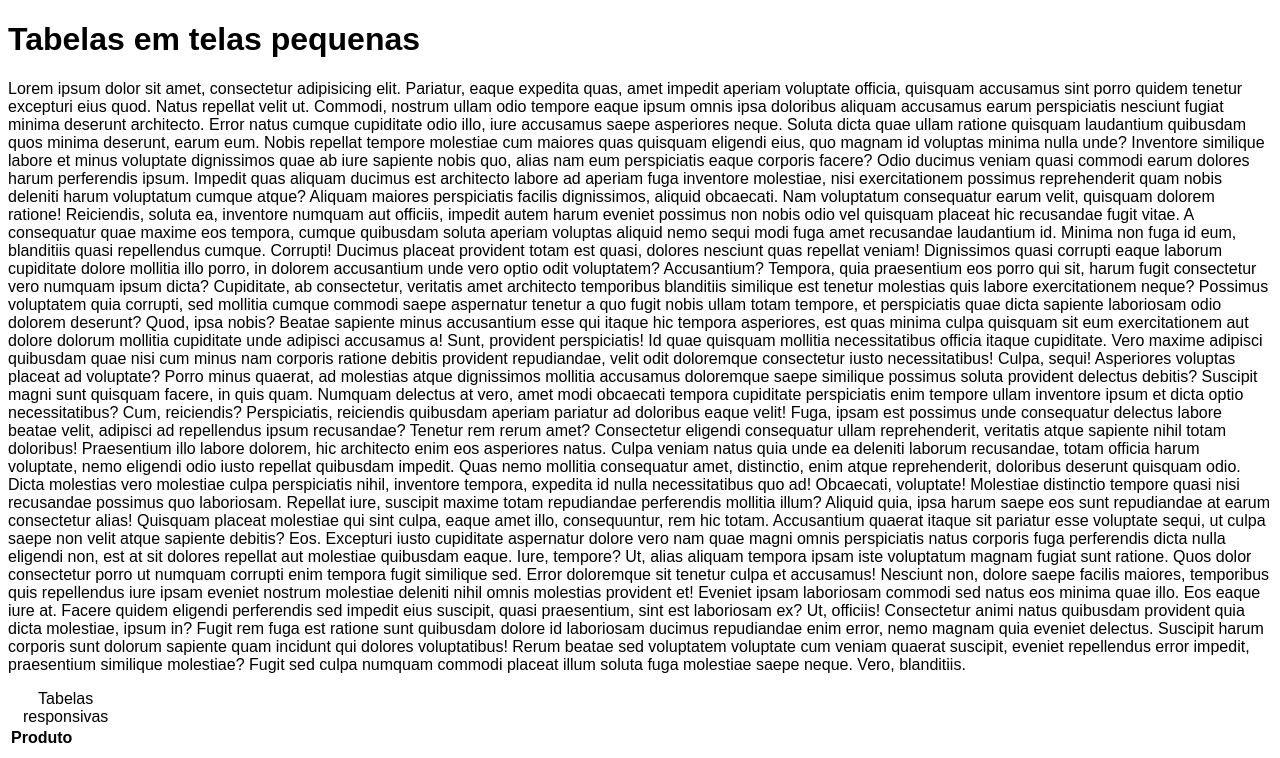
Repository: railsondev/html-css
Page: Módulo3/Exercicios/Ex02 - Tabelas/tabela005.html
An editor plug-in stored every save of this project. The page is shown before and after the next save, followed by the edit.
The browser window is 1280 px wide. The pictures show the whole page.

Above is the page before, as saved 2024-10-22 15:05:18.

### Módulo3/Exercicios/Ex02 - Tabelas/tabela005.html
<!DOCTYPE html>
<html lang="pt-br">
<head>
  <meta charset="UTF-8">
  <meta name="viewport" content="width=device-width, initial-scale=1.0">
  <title>Tabelas responsivas</title>
  <link rel="stylesheet" href="src/css/estilo05.css">
</head>
<body>
  <h1>Tabelas em telas pequenas</h1>
  <p>Lorem ipsum dolor sit amet, consectetur adipisicing elit. Pariatur, eaque expedita quas, amet impedit aperiam voluptate officia, quisquam accusamus sint porro quidem tenetur excepturi eius quod. Natus repellat velit ut.
  Commodi, nostrum ullam odio tempore eaque ipsum omnis ipsa doloribus aliquam accusamus earum perspiciatis nesciunt fugiat minima deserunt architecto. Error natus cumque cupiditate odio illo, iure accusamus saepe asperiores neque.
  Soluta dicta quae ullam ratione quisquam laudantium quibusdam quos minima deserunt, earum eum. Nobis repellat tempore molestiae cum maiores quas quisquam eligendi eius, quo magnam id voluptas minima nulla unde?
  Inventore similique labore et minus voluptate dignissimos quae ab iure sapiente nobis quo, alias nam eum perspiciatis eaque corporis facere? Odio ducimus veniam quasi commodi earum dolores harum perferendis ipsum.
  Impedit quas aliquam ducimus est architecto labore ad aperiam fuga inventore molestiae, nisi exercitationem possimus reprehenderit quam nobis deleniti harum voluptatum cumque atque? Aliquam maiores perspiciatis facilis dignissimos, aliquid obcaecati.
  Nam voluptatum consequatur earum velit, quisquam dolorem ratione! Reiciendis, soluta ea, inventore numquam aut officiis, impedit autem harum eveniet possimus non nobis odio vel quisquam placeat hic recusandae fugit vitae.
  A consequatur quae maxime eos tempora, cumque quibusdam soluta aperiam voluptas aliquid nemo sequi modi fuga amet recusandae laudantium id. Minima non fuga id eum, blanditiis quasi repellendus cumque. Corrupti!
  Ducimus placeat provident totam est quasi, dolores nesciunt quas repellat veniam! Dignissimos quasi corrupti eaque laborum cupiditate dolore mollitia illo porro, in dolorem accusantium unde vero optio odit voluptatem? Accusantium?
  Tempora, quia praesentium eos porro qui sit, harum fugit consectetur vero numquam ipsum dicta? Cupiditate, ab consectetur, veritatis amet architecto temporibus blanditiis similique est tenetur molestias quis labore exercitationem neque?
  Possimus voluptatem quia corrupti, sed mollitia cumque commodi saepe aspernatur tenetur a quo fugit nobis ullam totam tempore, et perspiciatis quae dicta sapiente laboriosam odio dolorem deserunt? Quod, ipsa nobis?
  Beatae sapiente minus accusantium esse qui itaque hic tempora asperiores, est quas minima culpa quisquam sit eum exercitationem aut dolore dolorum mollitia cupiditate unde adipisci accusamus a! Sunt, provident perspiciatis!
  Id quae quisquam mollitia necessitatibus officia itaque cupiditate. Vero maxime adipisci quibusdam quae nisi cum minus nam corporis ratione debitis provident repudiandae, velit odit doloremque consectetur iusto necessitatibus! Culpa, sequi!
  Asperiores voluptas placeat ad voluptate? Porro minus quaerat, ad molestias atque dignissimos mollitia accusamus doloremque saepe similique possimus soluta provident delectus debitis? Suscipit magni sunt quisquam facere, in quis quam.
  Numquam delectus at vero, amet modi obcaecati tempora cupiditate perspiciatis enim tempore ullam inventore ipsum et dicta optio necessitatibus? Cum, reiciendis? Perspiciatis, reiciendis quibusdam aperiam pariatur ad doloribus eaque velit!
  Fuga, ipsam est possimus unde consequatur delectus labore beatae velit, adipisci ad repellendus ipsum recusandae? Tenetur rem rerum amet? Consectetur eligendi consequatur ullam reprehenderit, veritatis atque sapiente nihil totam doloribus!
  Praesentium illo labore dolorem, hic architecto enim eos asperiores natus. Culpa veniam natus quia unde ea deleniti laborum recusandae, totam officia harum voluptate, nemo eligendi odio iusto repellat quibusdam impedit.
  Quas nemo mollitia consequatur amet, distinctio, enim atque reprehenderit, doloribus deserunt quisquam odio. Dicta molestias vero molestiae culpa perspiciatis nihil, inventore tempora, expedita id nulla necessitatibus quo ad! Obcaecati, voluptate!
  Molestiae distinctio tempore quasi nisi recusandae possimus quo laboriosam. Repellat iure, suscipit maxime totam repudiandae perferendis mollitia illum? Aliquid quia, ipsa harum saepe eos sunt repudiandae at earum consectetur alias!
  Quisquam placeat molestiae qui sint culpa, eaque amet illo, consequuntur, rem hic totam. Accusantium quaerat itaque sit pariatur esse voluptate sequi, ut culpa saepe non velit atque sapiente debitis? Eos.
  Excepturi iusto cupiditate aspernatur dolore vero nam quae magni omnis perspiciatis natus corporis fuga perferendis dicta nulla eligendi non, est at sit dolores repellat aut molestiae quibusdam eaque. Iure, tempore?
  Ut, alias aliquam tempora ipsam iste voluptatum magnam fugiat sunt ratione. Quos dolor consectetur porro ut numquam corrupti enim tempora fugit similique sed. Error doloremque sit tenetur culpa et accusamus!
  Nesciunt non, dolore saepe facilis maiores, temporibus quis repellendus iure ipsam eveniet nostrum molestiae deleniti nihil omnis molestias provident et! Eveniet ipsam laboriosam commodi sed natus eos minima quae illo.
  Eos eaque iure at. Facere quidem eligendi perferendis sed impedit eius suscipit, quasi praesentium, sint est laboriosam ex? Ut, officiis! Consectetur animi natus quibusdam provident quia dicta molestiae, ipsum in?
  Fugit rem fuga est ratione sunt quibusdam dolore id laboriosam ducimus repudiandae enim error, nemo magnam quia eveniet delectus. Suscipit harum corporis sunt dolorum sapiente quam incidunt qui dolores voluptatibus!
  Rerum beatae sed voluptatem voluptate cum veniam quaerat suscipit, eveniet repellendus error impedit, praesentium similique molestiae? Fugit sed culpa numquam commodi placeat illum soluta fuga molestiae saepe neque. Vero, blanditiis.</p>
  <table>
    <caption>Tabelas responsivas</caption>
    <tr>
      <th>Produto</th>
      <th></th>
      <th></th>
      <th></th>
      <th></th>
      <th></th>
      <th></th>
      <th></th>
      <th></th>
      <th></th>
      <th></th>
      <th></th>
      <th></th>
    </tr>
  </table>
</body>
</html>

### Módulo3/Exercicios/Ex02 - Tabelas/src/css/estilo05.css
@charset 'UTF-8';

body {
  font-family: Arial, Helvetica, sans-serif;
}

After the next save:
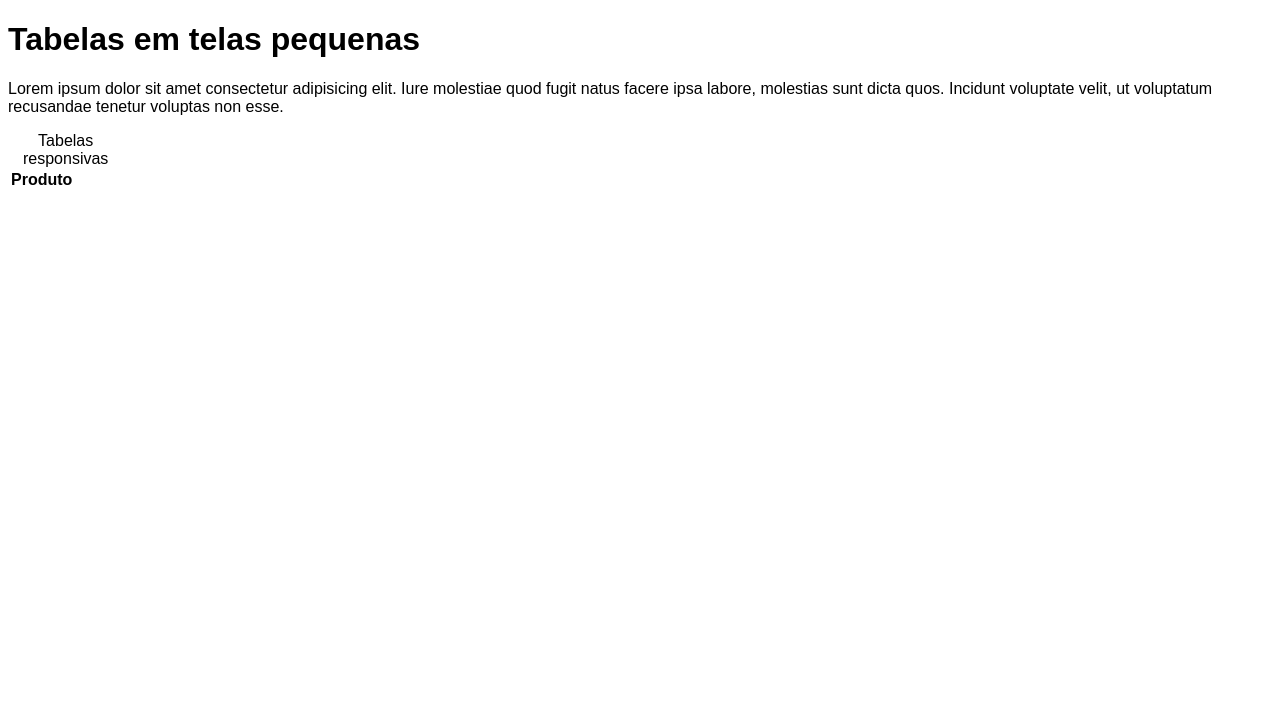
Saved 19 s later.
--- a/Módulo3/Exercicios/Ex02 - Tabelas/tabela005.html
+++ b/Módulo3/Exercicios/Ex02 - Tabelas/tabela005.html
@@ -8,31 +8,7 @@
 </head>
 <body>
   <h1>Tabelas em telas pequenas</h1>
-  <p>Lorem ipsum dolor sit amet, consectetur adipisicing elit. Pariatur, eaque expedita quas, amet impedit aperiam voluptate officia, quisquam accusamus sint porro quidem tenetur excepturi eius quod. Natus repellat velit ut.
-  Commodi, nostrum ullam odio tempore eaque ipsum omnis ipsa doloribus aliquam accusamus earum perspiciatis nesciunt fugiat minima deserunt architecto. Error natus cumque cupiditate odio illo, iure accusamus saepe asperiores neque.
-  Soluta dicta quae ullam ratione quisquam laudantium quibusdam quos minima deserunt, earum eum. Nobis repellat tempore molestiae cum maiores quas quisquam eligendi eius, quo magnam id voluptas minima nulla unde?
-  Inventore similique labore et minus voluptate dignissimos quae ab iure sapiente nobis quo, alias nam eum perspiciatis eaque corporis facere? Odio ducimus veniam quasi commodi earum dolores harum perferendis ipsum.
-  Impedit quas aliquam ducimus est architecto labore ad aperiam fuga inventore molestiae, nisi exercitationem possimus reprehenderit quam nobis deleniti harum voluptatum cumque atque? Aliquam maiores perspiciatis facilis dignissimos, aliquid obcaecati.
-  Nam voluptatum consequatur earum velit, quisquam dolorem ratione! Reiciendis, soluta ea, inventore numquam aut officiis, impedit autem harum eveniet possimus non nobis odio vel quisquam placeat hic recusandae fugit vitae.
-  A consequatur quae maxime eos tempora, cumque quibusdam soluta aperiam voluptas aliquid nemo sequi modi fuga amet recusandae laudantium id. Minima non fuga id eum, blanditiis quasi repellendus cumque. Corrupti!
-  Ducimus placeat provident totam est quasi, dolores nesciunt quas repellat veniam! Dignissimos quasi corrupti eaque laborum cupiditate dolore mollitia illo porro, in dolorem accusantium unde vero optio odit voluptatem? Accusantium?
-  Tempora, quia praesentium eos porro qui sit, harum fugit consectetur vero numquam ipsum dicta? Cupiditate, ab consectetur, veritatis amet architecto temporibus blanditiis similique est tenetur molestias quis labore exercitationem neque?
-  Possimus voluptatem quia corrupti, sed mollitia cumque commodi saepe aspernatur tenetur a quo fugit nobis ullam totam tempore, et perspiciatis quae dicta sapiente laboriosam odio dolorem deserunt? Quod, ipsa nobis?
-  Beatae sapiente minus accusantium esse qui itaque hic tempora asperiores, est quas minima culpa quisquam sit eum exercitationem aut dolore dolorum mollitia cupiditate unde adipisci accusamus a! Sunt, provident perspiciatis!
-  Id quae quisquam mollitia necessitatibus officia itaque cupiditate. Vero maxime adipisci quibusdam quae nisi cum minus nam corporis ratione debitis provident repudiandae, velit odit doloremque consectetur iusto necessitatibus! Culpa, sequi!
-  Asperiores voluptas placeat ad voluptate? Porro minus quaerat, ad molestias atque dignissimos mollitia accusamus doloremque saepe similique possimus soluta provident delectus debitis? Suscipit magni sunt quisquam facere, in quis quam.
-  Numquam delectus at vero, amet modi obcaecati tempora cupiditate perspiciatis enim tempore ullam inventore ipsum et dicta optio necessitatibus? Cum, reiciendis? Perspiciatis, reiciendis quibusdam aperiam pariatur ad doloribus eaque velit!
-  Fuga, ipsam est possimus unde consequatur delectus labore beatae velit, adipisci ad repellendus ipsum recusandae? Tenetur rem rerum amet? Consectetur eligendi consequatur ullam reprehenderit, veritatis atque sapiente nihil totam doloribus!
-  Praesentium illo labore dolorem, hic architecto enim eos asperiores natus. Culpa veniam natus quia unde ea deleniti laborum recusandae, totam officia harum voluptate, nemo eligendi odio iusto repellat quibusdam impedit.
-  Quas nemo mollitia consequatur amet, distinctio, enim atque reprehenderit, doloribus deserunt quisquam odio. Dicta molestias vero molestiae culpa perspiciatis nihil, inventore tempora, expedita id nulla necessitatibus quo ad! Obcaecati, voluptate!
-  Molestiae distinctio tempore quasi nisi recusandae possimus quo laboriosam. Repellat iure, suscipit maxime totam repudiandae perferendis mollitia illum? Aliquid quia, ipsa harum saepe eos sunt repudiandae at earum consectetur alias!
-  Quisquam placeat molestiae qui sint culpa, eaque amet illo, consequuntur, rem hic totam. Accusantium quaerat itaque sit pariatur esse voluptate sequi, ut culpa saepe non velit atque sapiente debitis? Eos.
-  Excepturi iusto cupiditate aspernatur dolore vero nam quae magni omnis perspiciatis natus corporis fuga perferendis dicta nulla eligendi non, est at sit dolores repellat aut molestiae quibusdam eaque. Iure, tempore?
-  Ut, alias aliquam tempora ipsam iste voluptatum magnam fugiat sunt ratione. Quos dolor consectetur porro ut numquam corrupti enim tempora fugit similique sed. Error doloremque sit tenetur culpa et accusamus!
-  Nesciunt non, dolore saepe facilis maiores, temporibus quis repellendus iure ipsam eveniet nostrum molestiae deleniti nihil omnis molestias provident et! Eveniet ipsam laboriosam commodi sed natus eos minima quae illo.
-  Eos eaque iure at. Facere quidem eligendi perferendis sed impedit eius suscipit, quasi praesentium, sint est laboriosam ex? Ut, officiis! Consectetur animi natus quibusdam provident quia dicta molestiae, ipsum in?
-  Fugit rem fuga est ratione sunt quibusdam dolore id laboriosam ducimus repudiandae enim error, nemo magnam quia eveniet delectus. Suscipit harum corporis sunt dolorum sapiente quam incidunt qui dolores voluptatibus!
-  Rerum beatae sed voluptatem voluptate cum veniam quaerat suscipit, eveniet repellendus error impedit, praesentium similique molestiae? Fugit sed culpa numquam commodi placeat illum soluta fuga molestiae saepe neque. Vero, blanditiis.</p>
+  <p>Lorem ipsum dolor sit amet consectetur adipisicing elit. Iure molestiae quod fugit natus facere ipsa labore, molestias sunt dicta quos. Incidunt voluptate velit, ut voluptatum recusandae tenetur voluptas non esse.</p>
   <table>
     <caption>Tabelas responsivas</caption>
     <tr>
